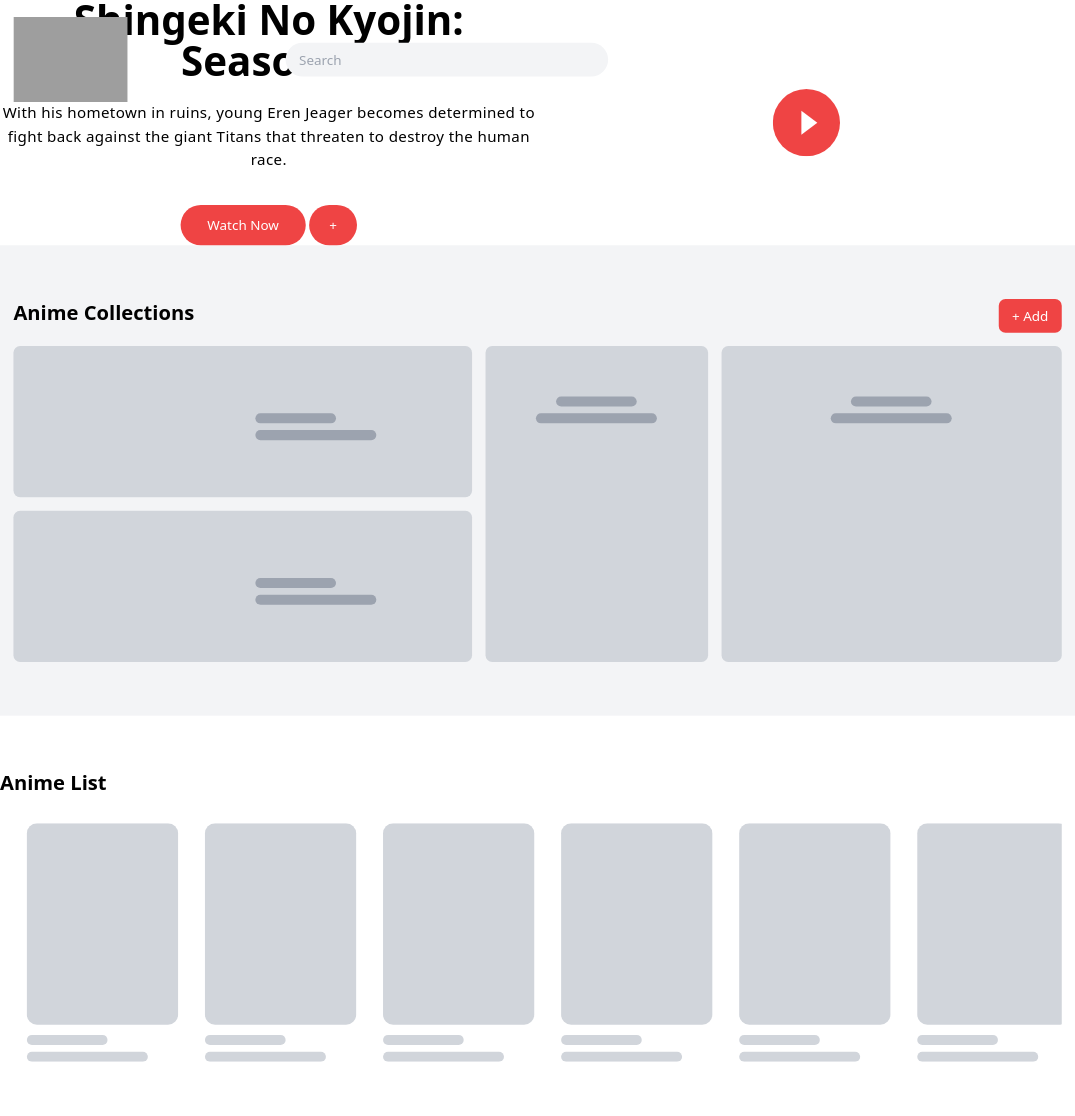
Repository: farrelmuhammad/anime-collections
Page: /
An editor plug-in stored every save of this project. The page is shown before and after the next save, followed by the edit.
The browser window is 1280 px wide. The pictures show the whole page, at 84% of full size.
Pictures or frames that could not be fetched are drawn as grey boxes. The page's requests for data from a server got no answer. The project was rebuilt for these pictures with package versions that can differ from the ones it lists, and the page was loaded fresh each time. No one was signed in, and anything a server would have sent is missing. Also part of the build but not shown: src/App.css.

Above is the page before, as saved 2023-08-06 01:57:03.

### src/index.tsx
import React from 'react';
import ReactDOM from 'react-dom/client';
import "./assets/css/app.css";
import App from './App';
import reportWebVitals from './reportWebVitals';
import { BrowserRouter } from 'react-router-dom';
import { ApolloProvider } from '@apollo/client';
import client from './services/apollo-client'; // Assuming your apollo-client.ts is in the 'services' folder

const root = ReactDOM.createRoot(
  document.getElementById('root') as HTMLElement
);
root.render(
  <ApolloProvider client={client}>
    <React.StrictMode>
      <BrowserRouter>
        <App />
      </BrowserRouter>
    </React.StrictMode>
  </ApolloProvider>,
);

// If you want to start measuring performance in your app, pass a function
// to log results (for example: reportWebVitals(console.log))
// or send to an analytics endpoint. Learn more: https://bit.ly/CRA-vitals
reportWebVitals();

### src/assets/css/app.css
@import url("https://fonts.googleapis.com/css2?family=Open+Sans:wght@300;400;600&display=swap");
@tailwind base;
@tailwind components;
@tailwind utilities;

/* body {
  background-color: #16181f;
} */

/* utils */

.grid {
  grid-auto-flow: row dense;
  grid-auto-rows: minmax(180px, auto);
}

.stretched-link {
  @apply absolute inset-0 z-10;
}

/* card */

.card .card-shadow {
  @apply transition duration-300 shadow-none h-full;
}

.card:hover .card-shadow {
  @apply shadow-lg;
}

/* overlay */

.overlay {
  @apply absolute;
}

.overlay * {
  @apply transition-all duration-200;
}

.overlay.hoverable > * {
  @apply opacity-0;
}

.overlay.hoverable:hover > * {
  @apply opacity-100;
}

.overlay .video {
  @apply absolute transform bg-red-500 bg-no-repeat bg-center w-20 h-20 rounded-full items-center justify-center flex -translate-x-1/2 -translate-y-1/2;
  content: '';
  top: 50%;
  left: 50%;
  transform: translate(-50%, -50%);
  background-image: url("data:[embedded picture, 193 characters]");
}


@media only screen and (max-width: 768px) {
  .hero .hero-image,
  .hero .hero-caption {
    min-height: 90vh;
  }
  .hero .hero-cta {
    @apply w-12 h-12;
    transform: translateX(-75px) translateY(-50%);
    background-size: 37.5%;
  }
}

/* breadcrumb */

ul.breadcrumb {
  @apply flex flex-row items-center text-lg;
}

ul.breadcrumb li:not(:last-child):after {
  content: "/";
  @apply px-4;
}

ul.breadcrumb li:not(:last-child) a {
  @apply font-light;
}

ul.breadcrumb li:last-child a {
  @apply font-semibold;
}

/* slider */

.slider {
  @apply flex my-4 flex-col;
}

.slider .thumbnail {
  @apply w-screen order-last -mx-2 overflow-auto flex pl-4;
}

.slider .thumbnail .item {
  @apply rounded relative rounded-lg mb-4 cursor-pointer;
  width: 106px;
  height: 106px;
}

.slider .thumbnail .item:after {
  content: "";
  @apply transition duration-200 absolute inset-0 bg-black bg-opacity-0 border-2 border-black border-opacity-0 rounded-lg;
}

.slider .thumbnail .item.selected:after {
  content: "";
  @apply bg-opacity-25 border-opacity-100;
}

.slider .preview {
  @apply mb-4 px-4;
  height: 320px;
}

@media only screen and (min-width: 768px) {
  .slider {
    @apply flex-row;
  }
  .slider .thumbnail {
    @apply w-auto order-first block overflow-visible pl-0;
  }
  .slider .preview {
    height: 600px;
    width: 560px;
  }
}

a.cart svg g circle.dot {
  @apply hidden;
}

a.cart.cart-filled svg g circle.dot {
  @apply block;
}

button[disabled] {
  @apply bg-gray-300 hover:bg-gray-300 text-gray-400 hover:text-gray-400 cursor-not-allowed;
}

section:not(.bg-gray-100) + section.sitemap > div {
  @apply border-t;
}

### src/App.tsx
import React from 'react';
import logo from './logo.svg';
import './App.css';
import { Routes, Route } from 'react-router-dom';
import Home from './pages/Home';

function App() {
  return (
    <>
      <Routes>
        <Route path="/" element={<Home />} />
      </Routes>
    </>
  );
}

export default App;

### src/services/apollo-client.ts
import { ApolloClient, InMemoryCache } from '@apollo/client';

const client = new ApolloClient({
    uri: 'https://graphql.anilist.co', // AniList GraphQL API endpoint
    cache: new InMemoryCache(),
});

export default client;

### src/pages/Home.tsx
import React from 'react'
import Header from '../parts/Header'
import Hero from '../parts/Home/Hero'
import Categories from '../parts/Home/Categories'
import AnimeList from '../parts/Home/AnimeList'

const Home = () => {
    return (
        <>
            <Header theme="white" position="fixed" />
            <Hero />
            <Categories />
            <AnimeList />
        </>
    )
}

export default Home

### src/parts/Header.tsx
import React, { useState } from 'react'
import { Link } from "react-router-dom";

interface HeaderProps {
    theme: string; // Change the type to the appropriate one based on your usage
    position: string; // Change the type to the appropriate one based on your usage
}

const Header: React.FC<HeaderProps> = ({ theme, position }) => {
    const [toggleMainMenu, setToggleMainMenu] = useState<boolean>(false);
    return (
        <>
            <header className={[position, "w-full z-40 px-4"].join(" ")}>
                <div className="container mx-auto py-5">
                    <div className="flex flex-stretch items-center">
                        <div className="w-56 items-center flex">
                            <Link to="/">
                                <img
                                    // src={Logo}
                                    src="https://tv.idlixprime.com/wp-content/uploads/2020/07/logov4.png"
                                    alt="IDLIX"
                                />
                            </Link>
                        </div>
                        <div className="w-full flex items-center justify-center">
                            <input
                                type="text"
                                placeholder="Search"
                                className="w-full md:w-96 py-2 px-4 rounded-full bg-gray-100 focus:outline-none"
                            />
                        </div>
                        <div className="w-auto">
                            <ul
                                className={["fixed shadow-2xl bg-white inset-0 flex flex-col items-center justify-center opacity-0 md:visible md:flex-row md:bg-transparent md:relative md:opacity-100 md:flex md:items-center", toggleMainMenu ? "opacity-100 z-30 visible" : "invisible opacity-0"].join(" ")}
                                id="menu"
                            >
                                <li className="mx-3 py-6 md:py-0">
                                    <Link
                                        to="/showcase"
                                        className={[
                                            "hover:underline",
                                            theme === "white"
                                                ? "text-black md:text-white"
                                                : "text-black md:text-black ",
                                        ].join(" ")}
                                    >
                                        Showcase
                                    </Link>
                                </li>
                                <li className="mx-3 py-6 md:py-0">
                                    <Link
                                        to="/catalog"
                                        className={[
                                            "hover:underline",
                                            theme === "white"
                                                ? "text-black md:text-white"
                                                : "text-black md:text-black ",
                                        ].join(" ")}
                                    >
                                        Catalog
                                    </Link>
                                </li>
                                <li className="mx-3 py-6 md:py-0">
                                    <Link
                                        to="/delivery"
                                        className={[
                                            "hover:underline",
                                            theme === "white"
                                                ? "text-black md:text-white"
                                                : "text-black md:text-black ",
                                        ].join(" ")}
                                    >
                                        Delivery
                                    </Link>
                                </li>
                                <li className="mx-3 py-6 md:py-0">
                                    <Link
                                        to="/rewards"
                                        className={[
                                            "hover:underline",
                                            theme === "white"
                                                ? "text-black md:text-white"
                                                : "text-black md:text-black ",
                                        ].join(" ")}
                                    >
                                        Rewards
                                    </Link>
                                </li>
                            </ul>
                        </div>
                        <div className="w-auto">
                            <ul className="items-center flex">
                                <li className="ml-6 block md:hidden">
                                    <button
                                        className={["flex z-50 items-center justify-center w-8 h-8 text-black md:text-white focus:outline-none",
                                            toggleMainMenu ? "fixed top-0 right-0" : "relative",
                                            theme === "white"
                                                ? "text-black md:text-white"
                                                : "text-black md:text-black "].join(" ")}
                                        onClick={() => setToggleMainMenu(prev => !prev)}
                                    >
                                        <svg
                                            className="fill-current"
                                            width="18"
                                            height="17"
                                            viewBox="0 0 18 17"
                                        >
                                            <path d="M15.9773 0.461304H1.04219C0.466585 0.461304 0 0.790267 0 1.19609C0 1.60192 0.466668 1.93088 1.04219 1.93088H15.9773C16.5529 1.93088 17.0195 1.60192 17.0195 1.19609C17.0195 0.790208 16.5529 0.461304 15.9773 0.461304Z" />
                                            <path d="M15.9773 7.68802H1.04219C0.466585 7.68802 0 8.01698 0 8.42281C0 8.82864 0.466668 9.1576 1.04219 9.1576H15.9773C16.5529 9.1576 17.0195 8.82864 17.0195 8.42281C17.0195 8.01692 16.5529 7.68802 15.9773 7.68802Z" />
                                            <path d="M15.9773 14.9147H1.04219C0.466585 14.9147 0 15.2437 0 15.6495C0 16.0553 0.466668 16.3843 1.04219 16.3843H15.9773C16.5529 16.3843 17.0195 16.0553 17.0195 15.6495C17.0195 15.2436 16.5529 14.9147 15.9773 14.9147Z" />
                                        </svg>
                                    </button>
                                </li>
                                {/* <li className="ml-6">
                                    <Link
                                        className={["cart flex items-center justify-center w-8 h-8", theme === "white" ? "text-black md:text-white" : "text-white md:text-black", state.cart && Object.keys(state.cart).length > 0 ? "cart-filled" : "", isCartChanged ? "animate-bounce" : ""
                                        ].join(" ")}
                                        to="/cart"
                                    >
                                        <IconCart />
                                    </Link>
                                </li> */}
                            </ul>
                        </div>
                    </div>
                </div>
            </header>
        </>
    )
}

export default Header

### src/parts/Home/Hero.tsx
import React, { useState, useEffect } from "react";
import axios from "axios";

const Hero: React.FC = () => {
    const [randomImage, setRandomImage] = useState<string | null>(null);

    useEffect(() => {
        fetchRandomAnimeImage();
    }, []);

    const fetchRandomAnimeImage = async () => {
        try {
            const response = await axios.get("https://picsum.photos/800/600");
            console.log(response.request.responseURL);
            setRandomImage(response.request.responseURL);
        } catch (error) {
            console.error("Error fetching random image:", error);
        }
    };

    return (
        <section className="flex items-center hero">
            <div className="w-full absolute z-20 inset-0 md:relative md:w-1/2 text-center flex flex-col justify-center hero-caption">
                <h1 className="text-3xl md:text-5xl leading-tight font-semibold">
                    Shingeki No Kyojin: <br className="" />
                    Season 4
                </h1>
                <h2 className="px-8 text-base md:px-0 md:text-lg my-6 tracking-wide">
                    With his hometown in ruins, young Eren Jeager becomes determined to fight back against the giant Titans that threaten to destroy the human race.
                </h2>

                <div>
                    <a
                        href="#browse-the-room"
                        className="bg-red-500 text-white hover:bg-black hover:text-red-400 rounded-full px-8 py-3 mt-4 mr-1 inline-block flex-none transition duration-200"
                    >
                        Watch Now
                    </a>
                    <a
                        href="#browse-the-room"
                        className="bg-red-500 text-white hover:bg-black hover:text-red-400 rounded-full px-6 py-3 mt-4 inline-block flex-none transition duration-200"
                        title="Watch List"
                    >
                        +
                    </a>

                </div>
            </div>
            <div className="w-full inset-0 md:relative md:w-1/2">
                <div className="relative hero-image">
                    <div className="overlay inset-0 bg-black opacity-35 z-10"></div>
                    <div className="overlay right-0 bottom-0 md:inset-0">
                        <button
                            className="video hero-cta focus:outline-none z-30 modal-trigger"
                            data-content='<div class="w-screen pb-56 md:w-88 md:pb-56 relative z-50">
              <div class="absolute w-full h-full">
                <iframe
                  width="100%"
                  height="100%"
                  src="https://www.youtube.com/embed/3h0_v1cdUIA"
                  frameborder="0"
                  allow="accelerometer; autoplay; clipboard-write; encrypted-media; gyroscope; picture-in-picture"
                  allowfullscreen
                ></iframe>
              </div>
            </div>'
                        ></button>
                    </div>
                    {randomImage && ( // Add this condition to render the image only when randomImage is not null
                        <img
                            src={randomImage}
                            alt="hero 1"
                            className="absolute inset-0 md:relative w-full h-full object-cover object-center"
                        />
                    )}
                </div>
            </div>
        </section>
    );
};

export default Hero;

### src/graphql/queries.ts
import { gql } from '@apollo/client';

export const GET_ANIME_LIST = gql`
query ($id: Int, $page: Int, $perPage: Int, $search: String) {
    Page (page: $page, perPage: $perPage) {
      pageInfo {
        total
        currentPage
        lastPage
        hasNextPage
        perPage
      }
      media (id: $id, search: $search) {
        id
        title {
          romaji
        }
      }
    }
  }
`;

export const GET_ANIME_DETAIL = gql`
  query GetAnimeDetail($animeId: Int!) {
    Media(id: $animeId) {
      id
      title {
        romaji
      }
      coverImage {
        large
      }
      description
    }
  }
`;

Loaded but not shown: public/index.html (common file); src/reportWebVitals.ts (common file); tailwind.config.js (common file); src/parts/Home/AnimeList.tsx (156 lines, source omitted); src/parts/Home/Categories.tsx (156 lines, source omitted)

After the next save:
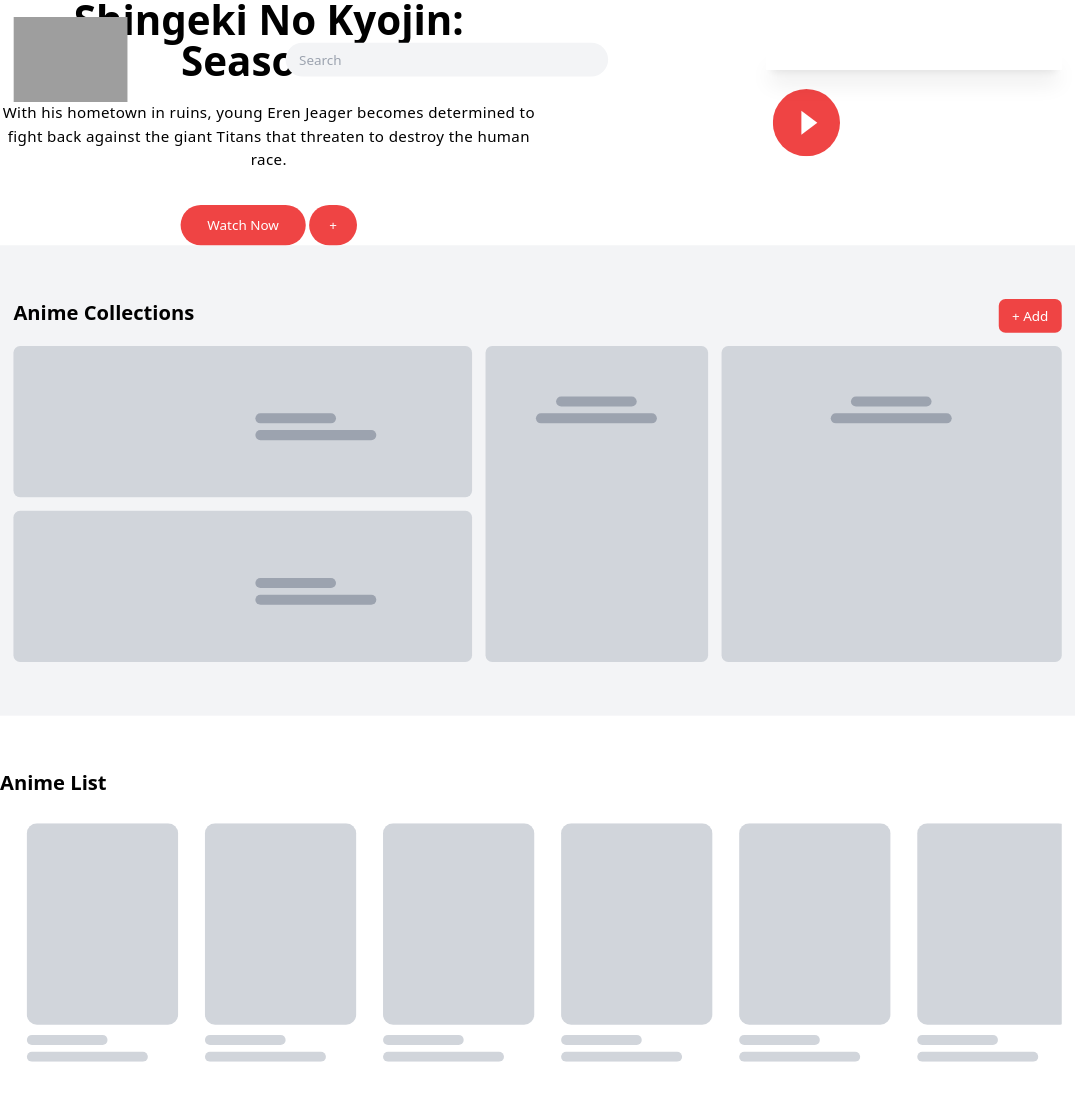
Saved 7 s later.
--- a/src/parts/Header.tsx
+++ b/src/parts/Header.tsx
@@ -31,7 +31,7 @@
                         </div>
                         <div className="w-auto">
                             <ul
-                                className={["fixed shadow-2xl bg-white inset-0 flex flex-col items-center justify-center opacity-0 md:visible md:flex-row md:bg-transparent md:relative md:opacity-100 md:flex md:items-center", toggleMainMenu ? "opacity-100 z-30 visible" : "invisible opacity-0"].join(" ")}
+                                className={["fixed shadow-xl bg-white inset-0 flex flex-col items-center justify-center opacity-0 md:visible md:flex-row md:bg-transparent md:relative md:opacity-100 md:flex md:items-center", toggleMainMenu ? "opacity-100 z-30 visible" : "invisible opacity-0"].join(" ")}
                                 id="menu"
                             >
                                 <li className="mx-3 py-6 md:py-0">

After the save that followed:
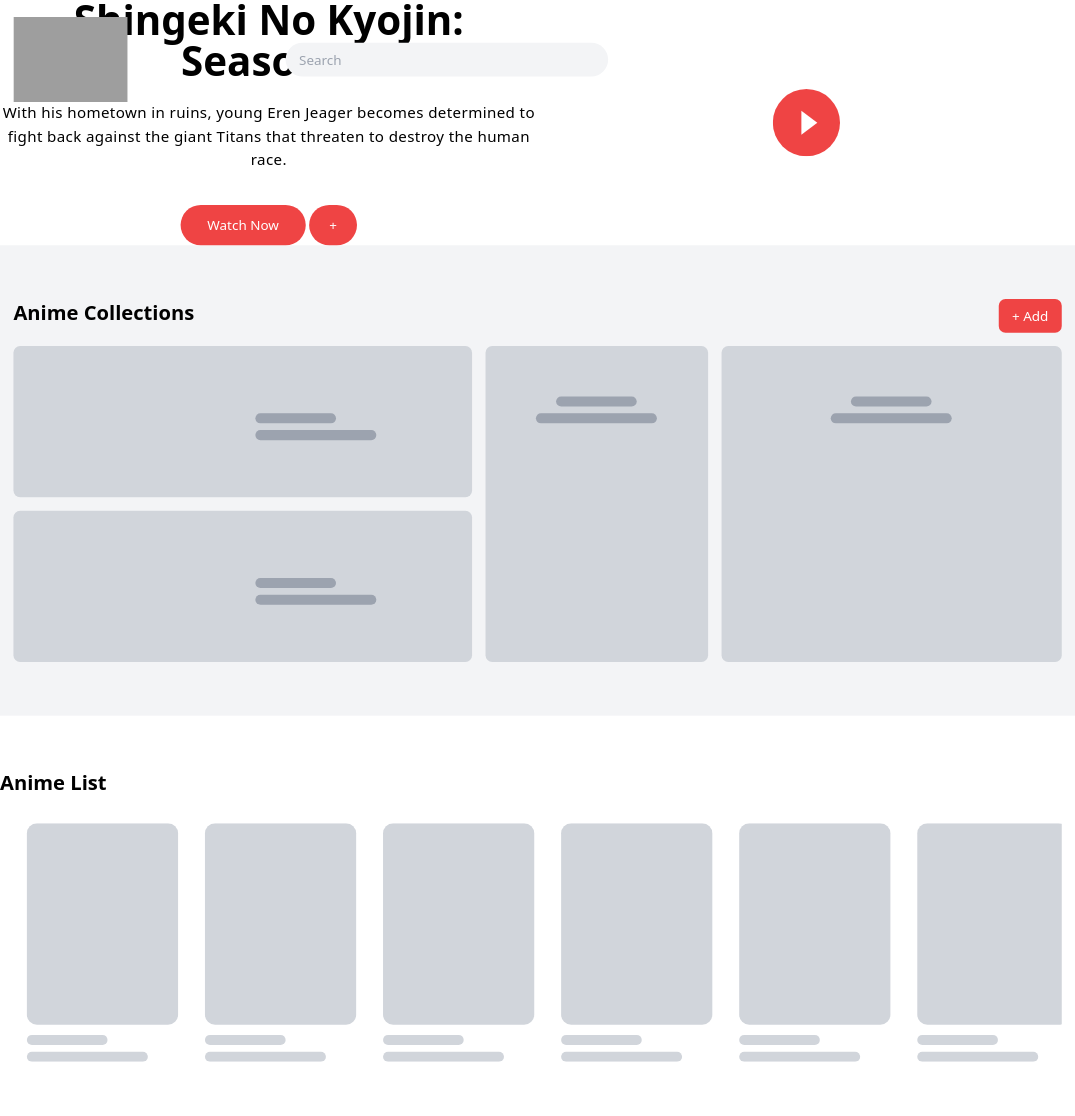
Saved 15 s later.
--- a/src/parts/Header.tsx
+++ b/src/parts/Header.tsx
@@ -31,7 +31,7 @@
                         </div>
                         <div className="w-auto">
                             <ul
-                                className={["fixed shadow-xl bg-white inset-0 flex flex-col items-center justify-center opacity-0 md:visible md:flex-row md:bg-transparent md:relative md:opacity-100 md:flex md:items-center", toggleMainMenu ? "opacity-100 z-30 visible" : "invisible opacity-0"].join(" ")}
+                                className={["fixed bg-white inset-0 flex flex-col items-center justify-center opacity-0 md:visible md:flex-row md:bg-transparent md:relative md:opacity-100 md:flex md:items-center", toggleMainMenu ? "opacity-100 z-30 visible" : "invisible opacity-0"].join(" ")}
                                 id="menu"
                             >
                                 <li className="mx-3 py-6 md:py-0">
